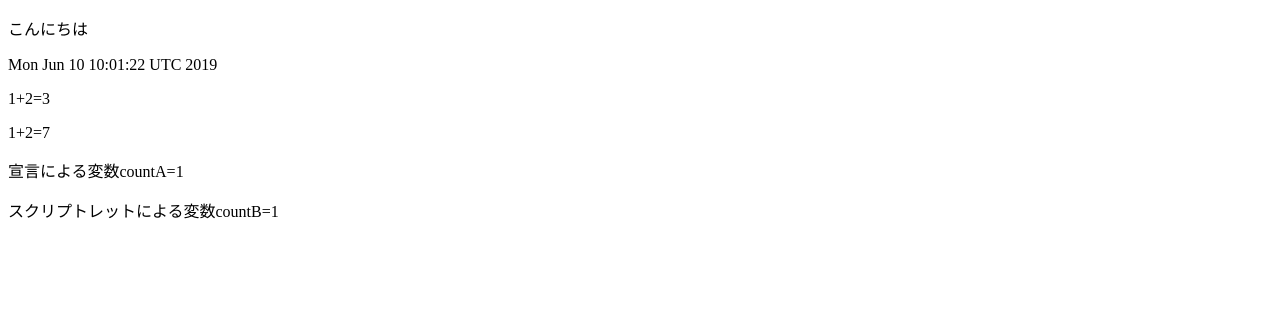
Repository: 938758923/test
Page: http://localhost/HelloJSP/
The author's editor kept a copy of each file at every save. The page is drawn from the files as they stood at one save, then again after the next save.
The browser window is 1280 px wide. The pictures show the whole page.
The page is served by Tomcat 9. Other server files are loaded and not shown.

Above is the page before, as saved 2019-06-10 10:26:58.

### HelloJSP/WebContent/index.jsp
<%@ page language="java" contentType="text/html; charset=UTF-8"
    pageEncoding="UTF-8"%>
<!DOCTYPE html>
<html>
<head>
<meta charset="UTF-8">
<title>TEST</title>
</head>
<body>
<p>こんにちは</p>
<% out.println(new java.util.Date()); %>
<%!
static int add(int a,int b){
	return a+b;
}
%>

<p>1+2=<%=add(1,2) %></p>
<p>1+2=<%=add(3,4) %></p>

<%! int countA=0; %>
<%
int countB=0;
countA++;
countB++;
%>

<P>宣言による変数countA=<%=countA %></P>
<P>スクリプトレットによる変数countB=<%=countB %></P>
</body>
</html>

After the next save:
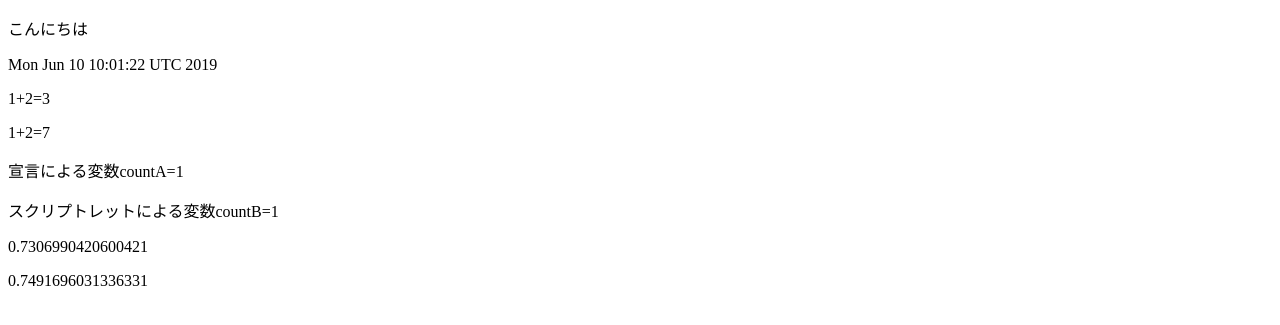
Saved 3 min 6 s later.
--- a/HelloJSP/WebContent/index.jsp
+++ b/HelloJSP/WebContent/index.jsp
@@ -27,5 +27,8 @@
 
 <P>宣言による変数countA=<%=countA %></P>
 <P>スクリプトレットによる変数countB=<%=countB %></P>
+
+<P><% out.println(Math.random()); %></P>
+<P><%=Math.random() %></P>
 </body>
 </html>
